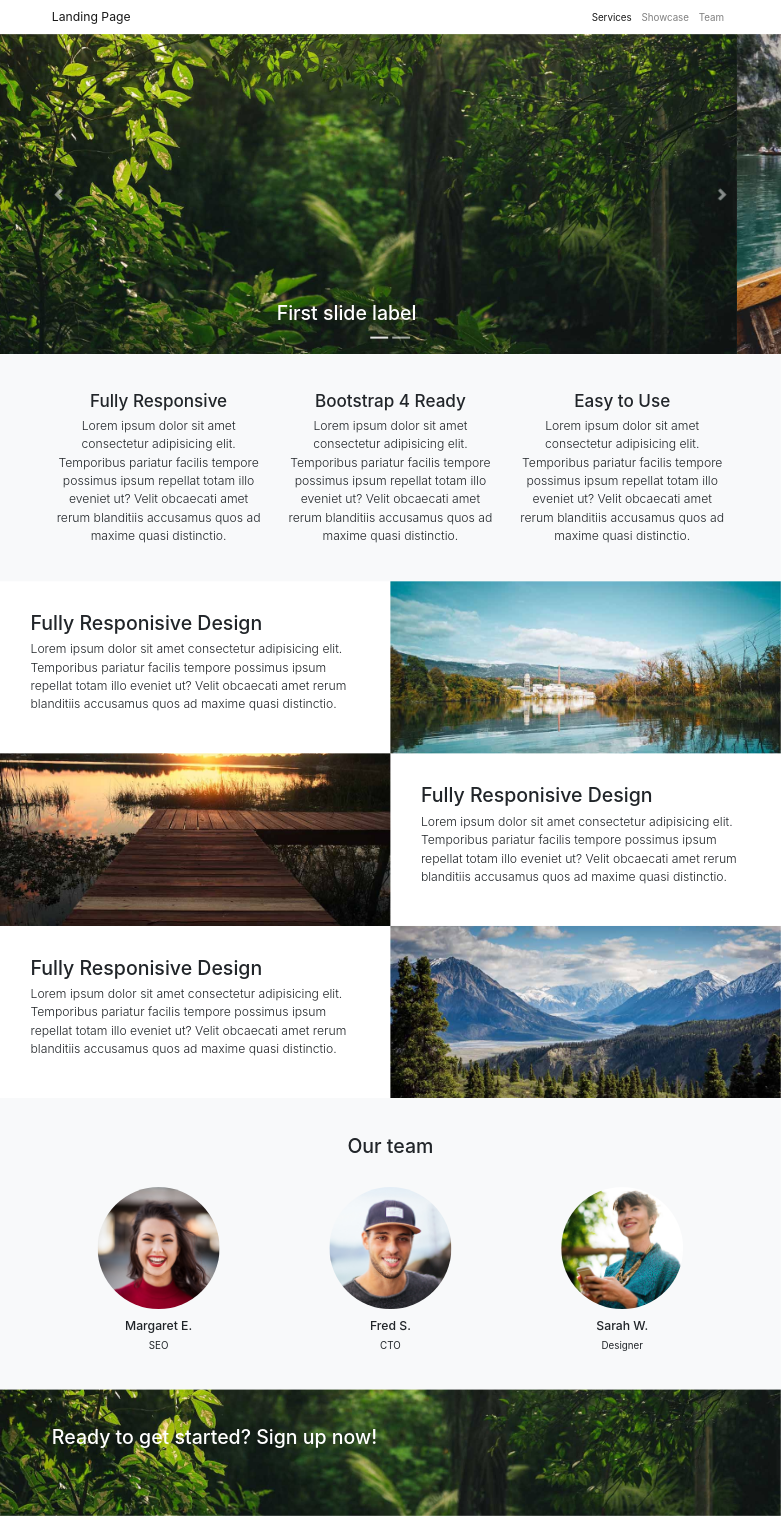
Repository: magdaf41/Bootstrap
Page: zadanie 3/index.html
An editor plug-in stored every save of this project. The page is shown before and after the next save, followed by the edit.
The browser window is 1280 px wide. The pictures show the whole page, at 61% of full size.

Above is the page before, as saved 2020-09-18 09:19:36.

After the next save:
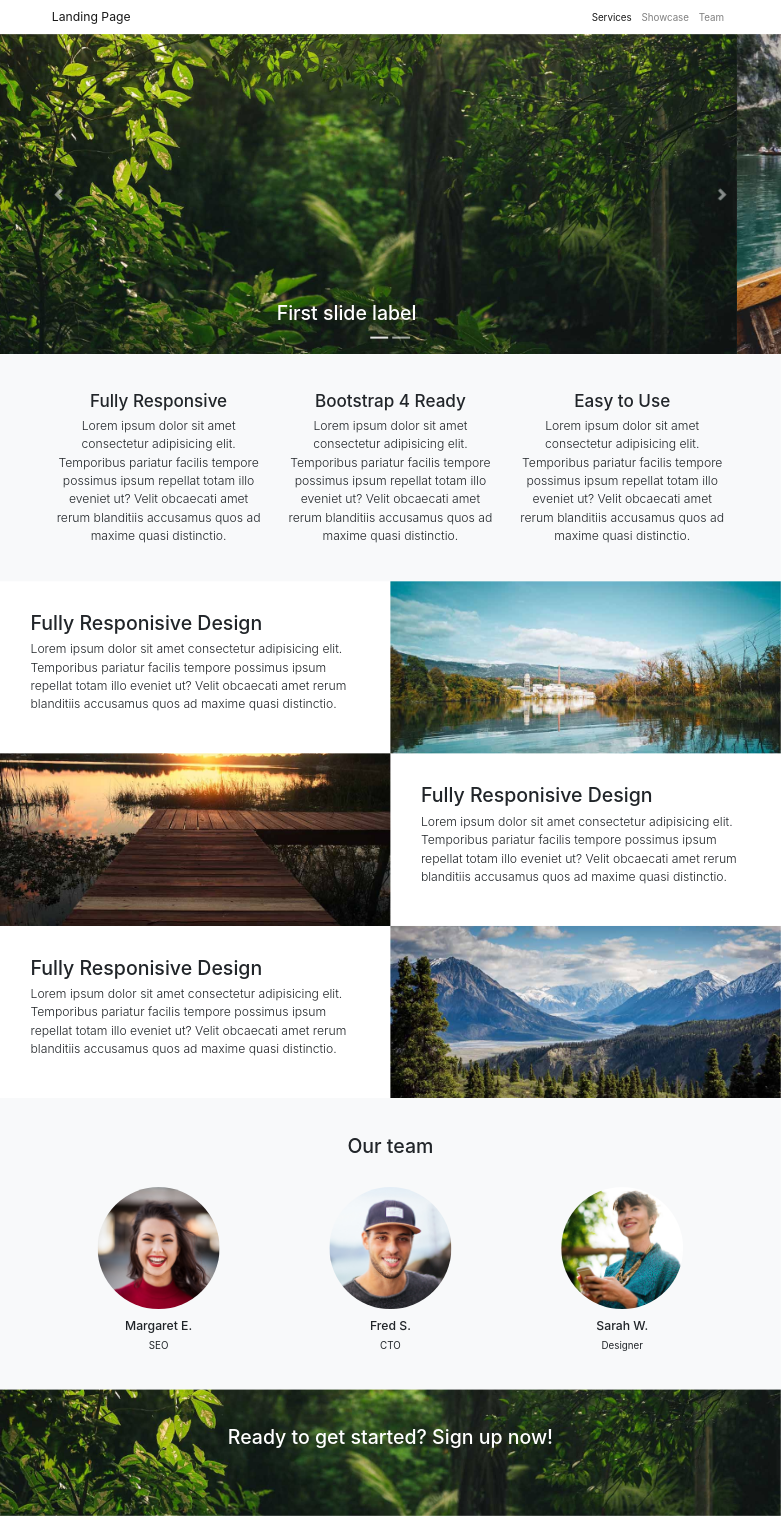
Saved 16 s later.
--- a/zadanie 3/index.html
+++ b/zadanie 3/index.html
@@ -169,7 +169,7 @@
 
     <section class="call-to-action">
         <div class="container">
-            <h2 class="mb-5 text-white">Ready to get started? Sign up now!</h2>
+            <h2 class="mb-5 text-white text-center">Ready to get started? Sign up now!</h2>
         </div>
 
     </section>
